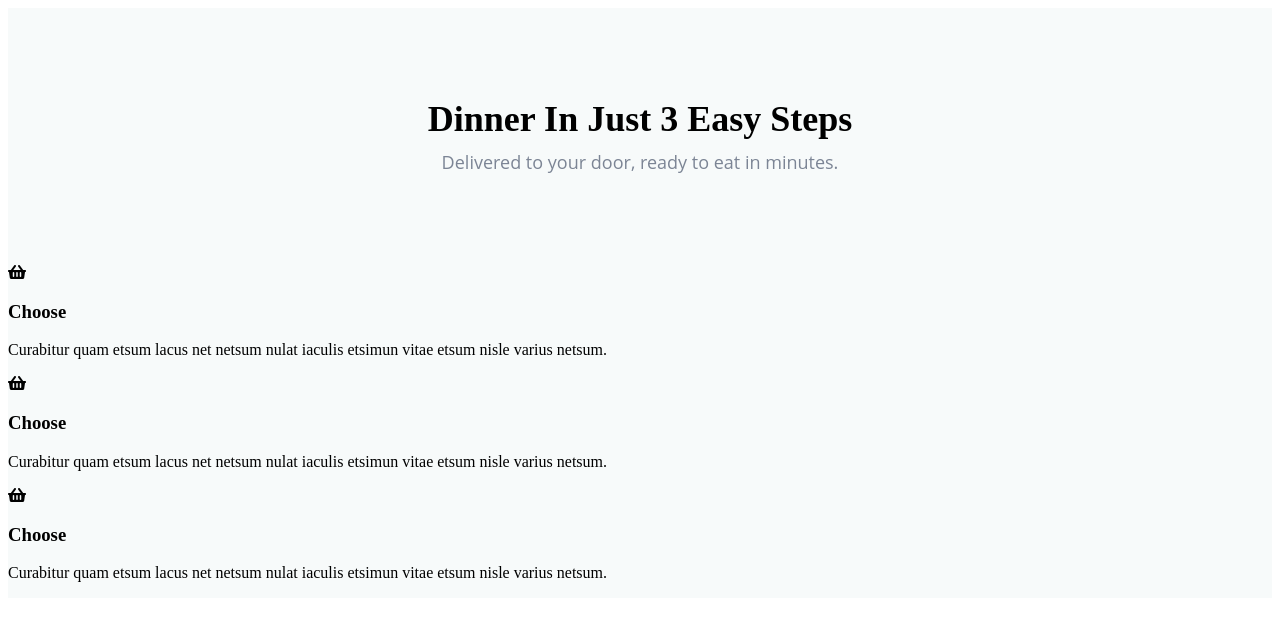
Repository: ST-United-Internship/leadpage
Page: icons-UI.html
An editor plug-in stored every save of this project. The page is shown before and after the next save, followed by the edit.
The browser window is 1280 px wide. The pictures show the whole page.

Above is the page before, as saved 2023-03-15 09:52:32.

### icons-UI.html
<!DOCTYPE html>
<html lang="en">
<head>
    <meta charset="UTF-8">
    <meta http-equiv="X-UA-Compatible" content="IE=edge">
    <meta name="viewport" content="width=device-width, initial-scale=1.0">
    <title>Document</title>
    <link rel="stylesheet" href="css/icons-UI.css">
    <link rel="stylesheet" href="https://use.fontawesome.com/releases/v5.15.4/css/all.css" integrity="sha384-DyZ88mC6Up2uqS4h/KRgHuoeGwBcD4Ng9SiP4dIRy0EXTlnuz47vAwmeGwVChigm" crossorigin="anonymous"/>
</head>
<body>
    <div class="about">
        <div class="title-text">
            <h2>Dinner In Just 3 Easy Steps</h2>
            <p>Delivered to your door, ready to eat in minutes.</p>
        </div>
        <div class="icons-warapper">
            <div class="icon-1">
                <div class="main">
                    <i class="fas fa-shopping-basket"></i>
                    <h3>Choose</h3>
                    <p>Curabitur quam etsum lacus net netsum nulat iaculis etsimun vitae etsum nisle varius netsum.</p>
                </div>
                <div class="main">
                    <i class="fas fa-shopping-basket"></i>
                    <h3>Choose</h3>
                    <p>Curabitur quam etsum lacus net netsum nulat iaculis etsimun vitae etsum nisle varius netsum.</p>
                </div>
                <div class="main">
                    <i class="fas fa-shopping-basket"></i>
                    <h3>Choose</h3>
                    <p>Curabitur quam etsum lacus net netsum nulat iaculis etsimun vitae etsum nisle varius netsum.</p>
                </div>
            </div>
            <div></div>
            <div></div>
        </div>
    </div>
</body>
</html>

### css/icons-UI.css
.about{
    background-color: #f7fafa;
}

.about .title-text{
    text-align: center;
    padding: 90px;
}

.about .title-text h2{
    font-size: 36px;
    margin: 0px 0px 10px 0px;
}

.about .title-text p{
    font-size: 18px;
    font-family: 'Open Sans', sans-serif;
    margin: 0;
    font-weight: 400;
    color: #7c8595;
}

.about .icons-warapper{
    display: flex;
}

.about .icons-warapper .main p{

}

After the next save:
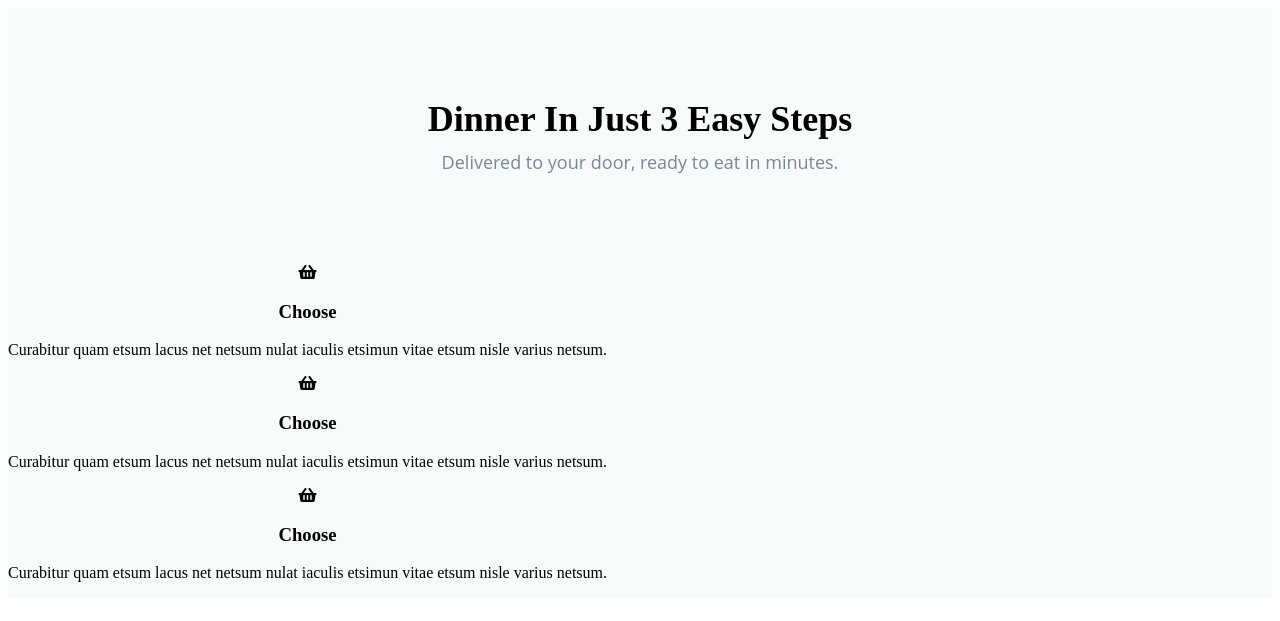
Saved 66 s later.
--- a/css/icons-UI.css
+++ b/css/icons-UI.css
@@ -27,3 +27,7 @@
 .about .icons-warapper .main p{
 
 }
+
+.about .icons-warapper .main{
+    text-align: center;
+}
